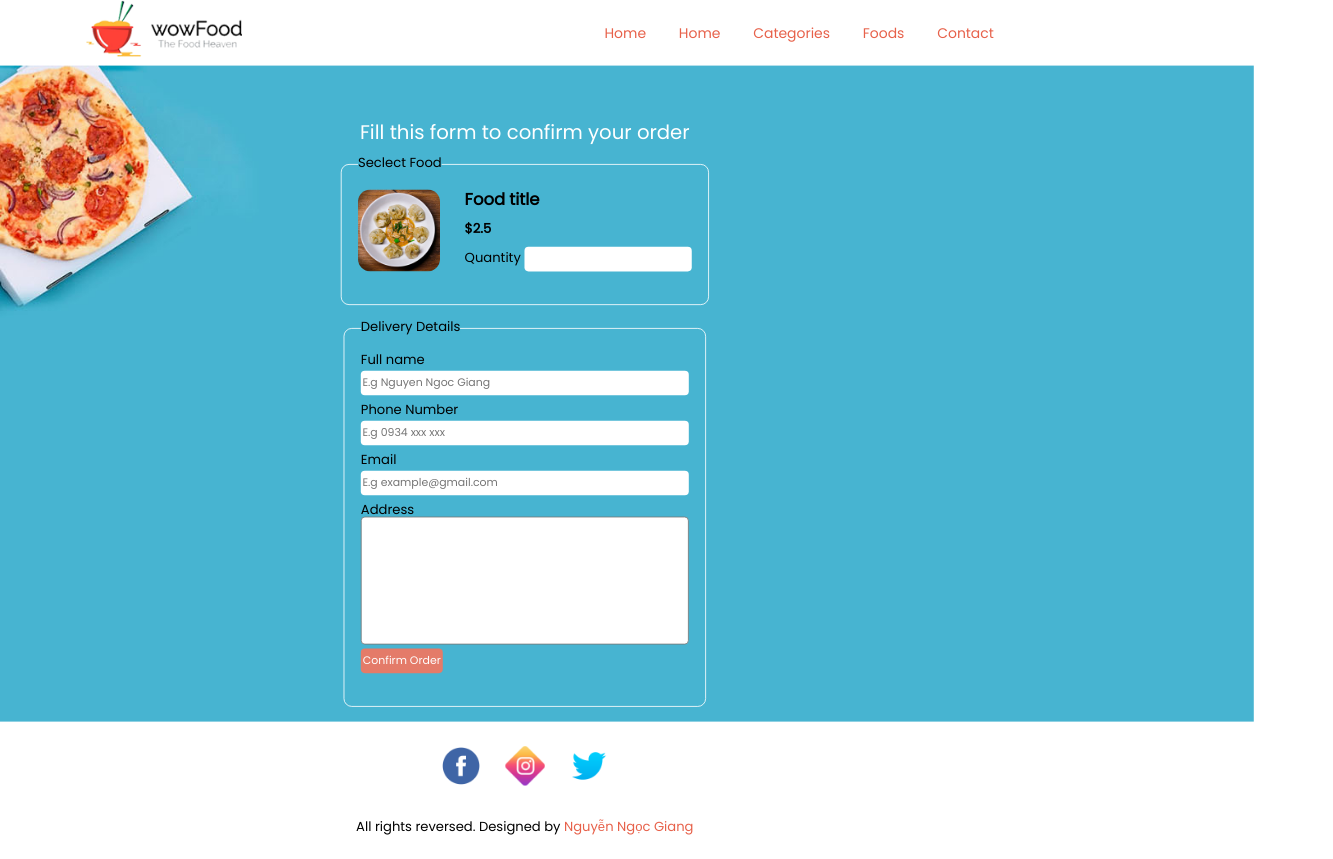
Repository: ruaruababa/WowFood
Page: order.html
The author's editor kept a copy of each file at every save. The page is drawn from the files as they stood at one save, then again after the next save.
The browser window is 1280 px wide. The page is 1529 px wide, then 1625 px, so the pictures cover 1625 px, including what lies to the right of the window. The pictures show the whole page, at 82% of full size.

Above is the page before, as saved 2021-09-19 22:56:58.

After the next save:
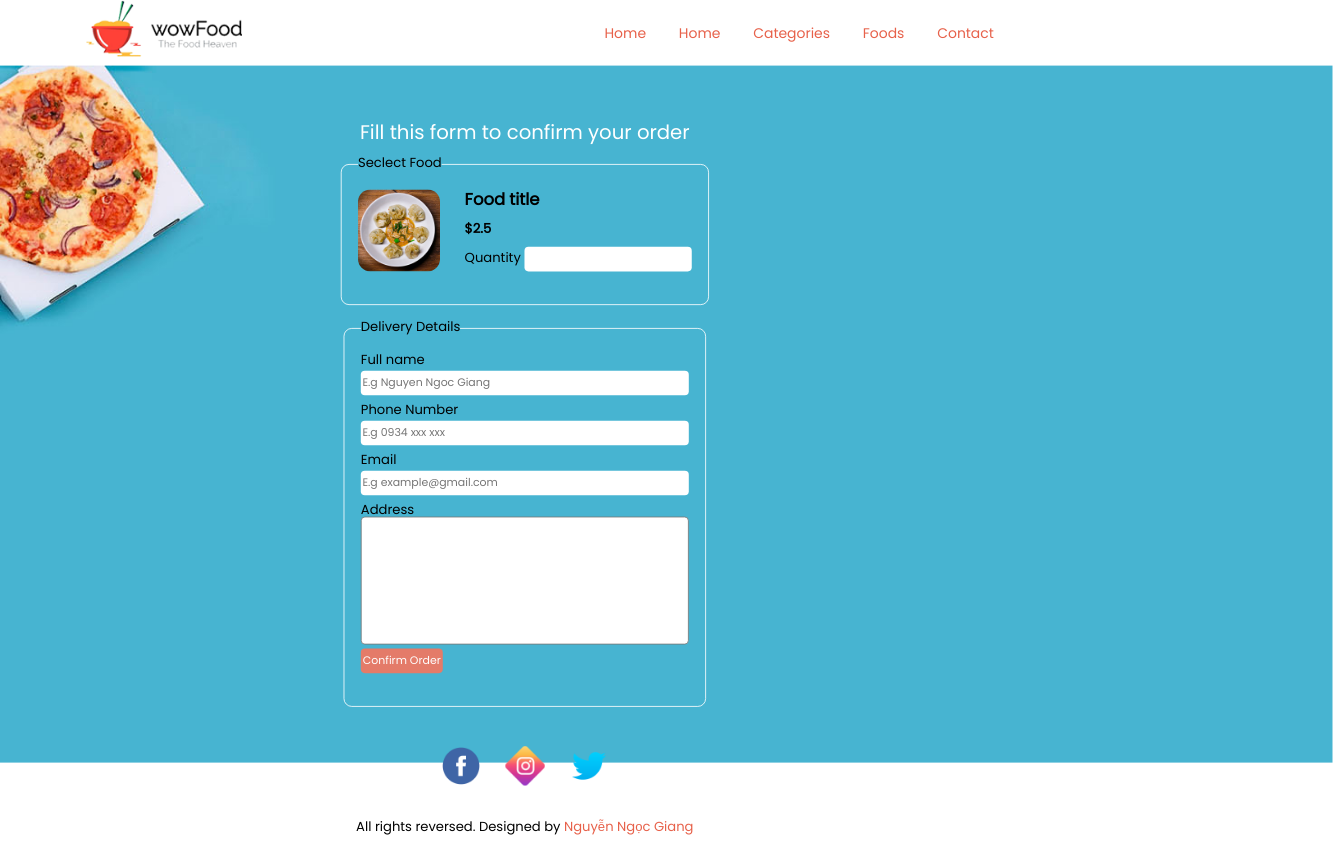
Saved 5 s later.
--- a/order.html
+++ b/order.html
@@ -32,7 +32,7 @@
         </ul>
     </nav>
     <section id="section-order">
-        <img src="./bgorder.jpg" alt="" class="bgr" style="position: absolute; z-index: -1; height: 800px" />
+        <img src="./bgorder.jpg" alt="" class="bgr" style="position: absolute; z-index: -1; height: 850px" />
         <div class="container-order">
             <form action="">
                 <h3 class="title-order">Fill this form to confirm your order</h3>
